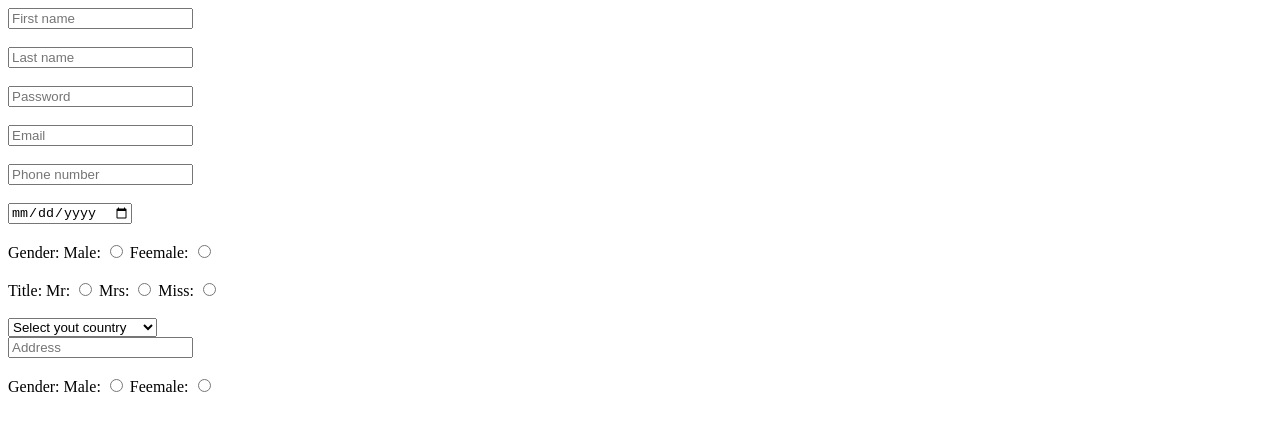
Repository: Haakim19/web-dev
Page: http://localhost/form2/index.php
An editor plug-in stored every save of this project. The page is shown before and after the next save, followed by the edit.
The browser window is 1280 px wide. The pictures show the whole page.
The page is run by PHP 8.4 with error messages shown; the project is at /var/www/html/.

Above is the page before, as saved 2024-06-06 18:28:12.

After the next save:
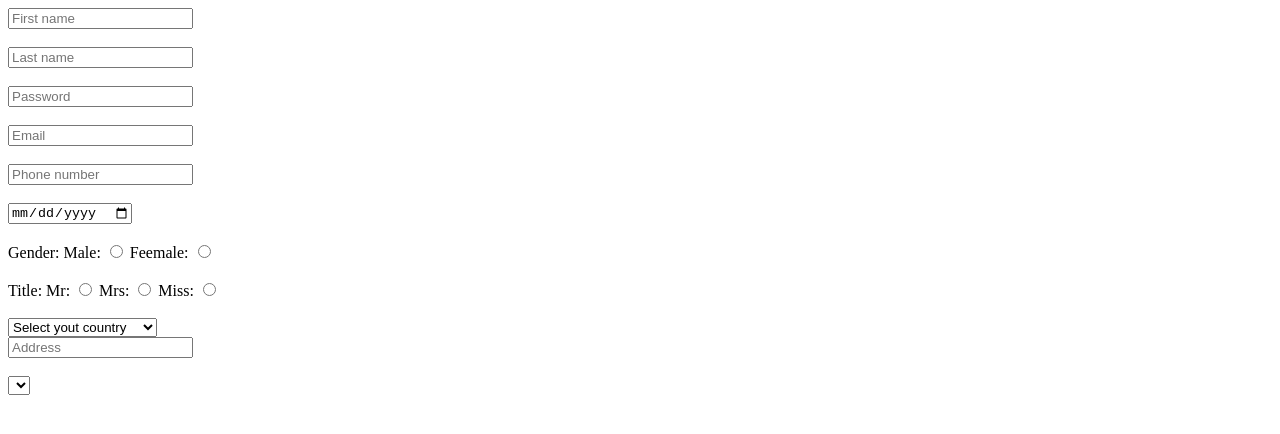
Saved 3 min 2 s later.
--- a/form2/index.php
+++ b/form2/index.php
@@ -53,7 +53,7 @@
             </div>
             <br>
             <div>
-                <select name="country" id="dropdown" class="formCountrol">
+                <select name="country" id="dropdown" class="countrySelection">
                     <option value disabled selected>Select yout country</option>
                     <option value="sri lanka">Sri lanka</option>
                     <option value="india">India</option>
@@ -85,11 +85,9 @@
                 </div>
                 <br>
                 <div>
-                    <label for="gender">Gender:</label>
-                    <label> Male:</label>
-                    <input type="radio" id="male" name="gender" value="male">
-                    <label> Feemale:</label>
-                    <input type="radio" id="female" name="gender" value="male">
+                    <select name="education" id="education" class="eduSelection">
+
+                    </select>
                 </div>
                 <br>
             </div>
